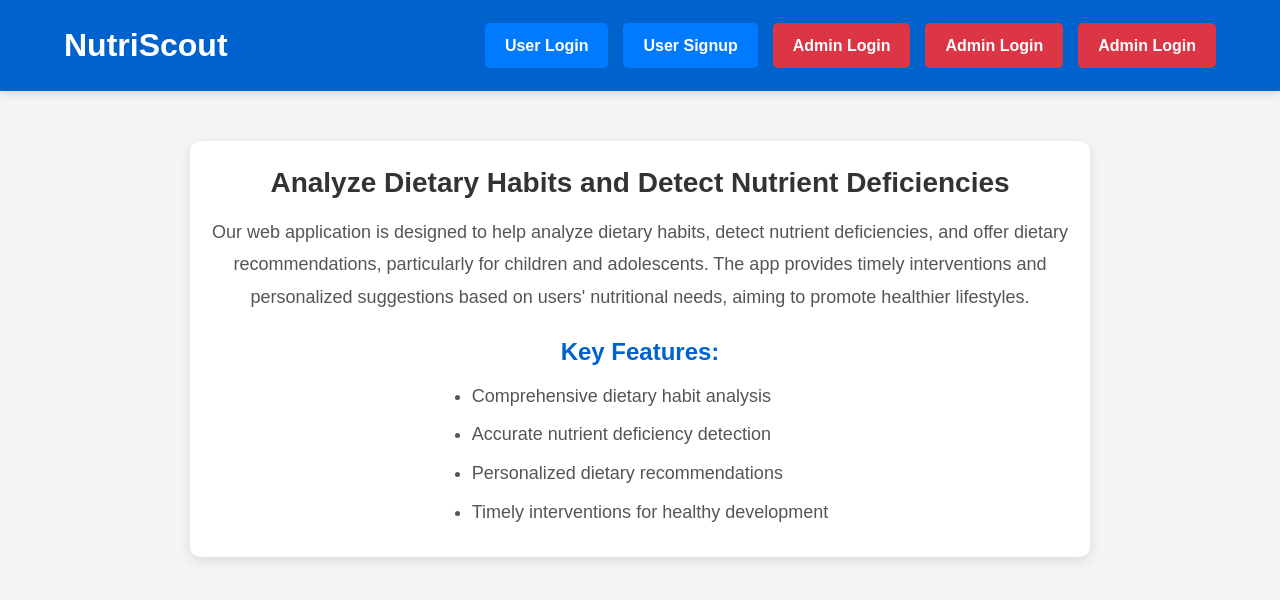
Repository: chaitanyasivathmika/NutrientDiet
Page: http://localhost/NutrientDiet/home.jsp
These files come from the project's save history. The page is drawn as it stood at one moment and after a run of saves; the edit follows.
The browser window is 1280 px wide. The pictures show the whole page.
The page is served by Tomcat 10.

Above is the page before, as saved 2024-11-16 16:57:38.

After the next 5 saves:
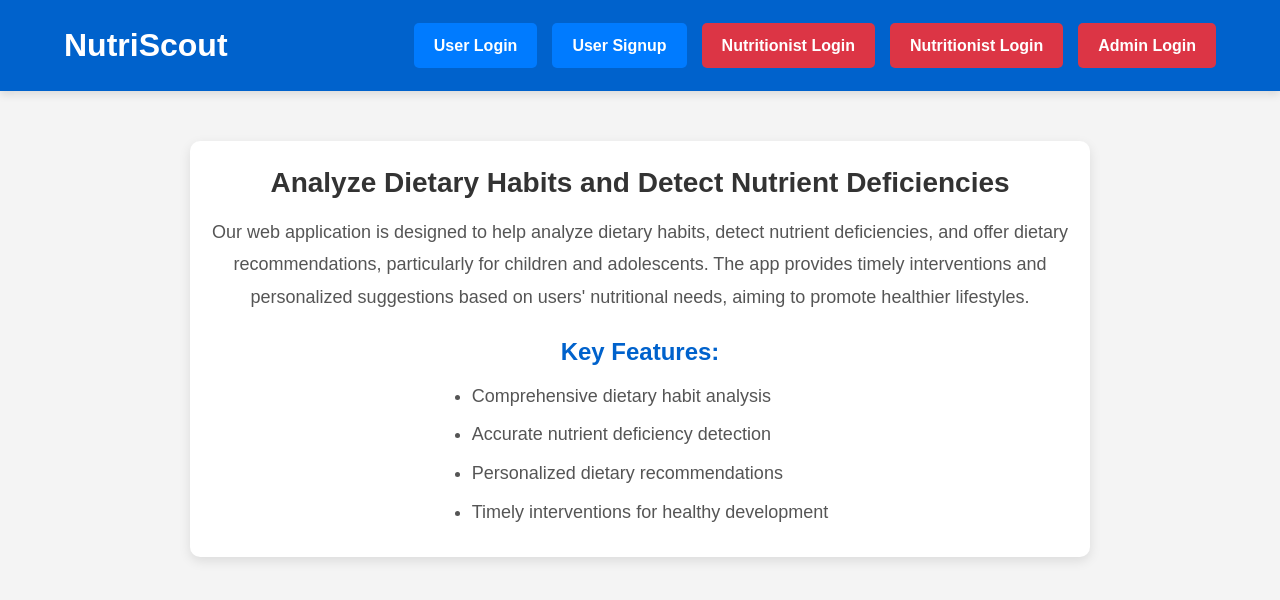
The 5 saves are shown as one change because they came seconds apart.
The last was saved 16 s later.
--- a/NutrientDiet/src/main/webapp/home.jsp
+++ b/NutrientDiet/src/main/webapp/home.jsp
@@ -141,9 +141,9 @@ footer {
             <div class="nav-links">
                 <a href="userlogin" class="button">User Login</a>
                 <a href="userreg" class="button">User Signup</a>
+                <a href="nusignup" class="button admin">Nutritionist Login</a>
+                <a href="nulogin" class="button admin">Nutritionist Login</a>
                 <a href="adminlogin" class="button admin">Admin Login</a>
-                <a href="nusignup" class="button admin">Admin Login</a>
-                <a href="nulogin" class="button admin">Admin Login</a>
             </div>
         </div>
     </header>
